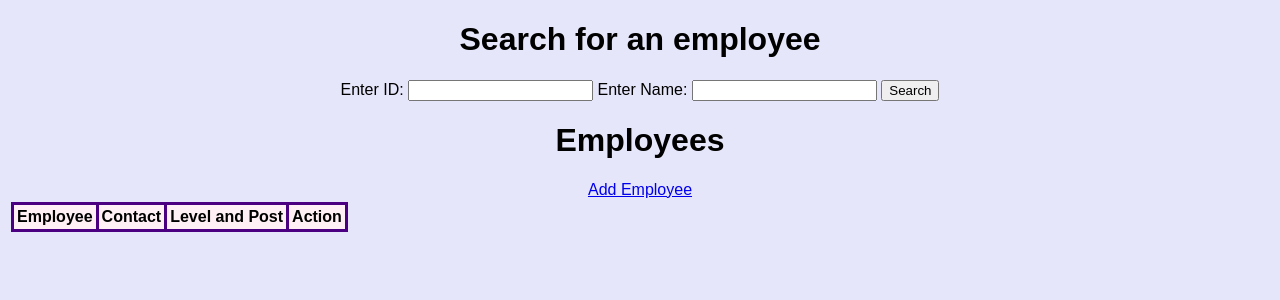
Repository: P9-Analyst-Java/employee-management-abhishekdatta12
Page: http://localhost/spring-expense-tracker/WEB-INF/views/home.jsp
An editor plug-in stored every save of this project. The page is shown before and after the next save, followed by the edit.
The browser window is 1280 px wide. The pictures show the whole page.
The page is served by Tomcat 9. Nobody is signed in. The template is opened directly, without the code that normally fills it, so the values that code supplies are empty.

Above is the page before, as saved 2023-02-21 05:18:16.

After the next save:
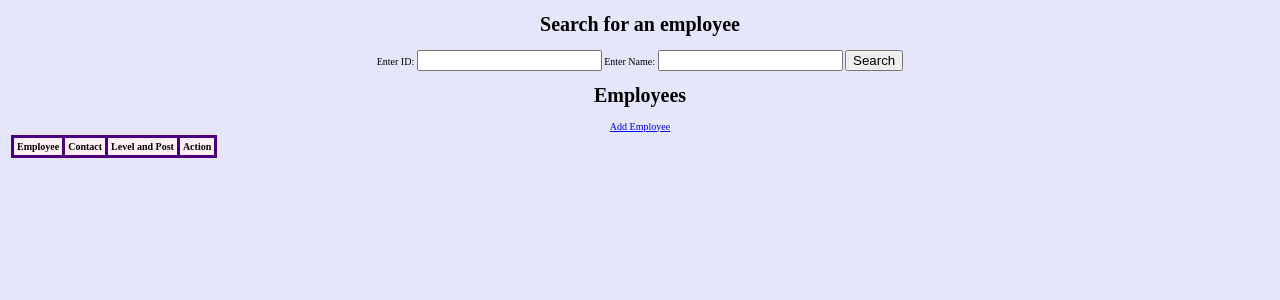
Saved 31 s later.
--- a/spring-portal/spring-expense-tracker/src/main/webapp/WEB-INF/views/home.jsp
+++ b/spring-portal/spring-expense-tracker/src/main/webapp/WEB-INF/views/home.jsp
@@ -8,7 +8,7 @@
 <head>
 <style type="text/css">
 body{
-	font-family: arial;
+	font-size: 10px;
 	text-align: center;
 	background-color: lavender;
 }
